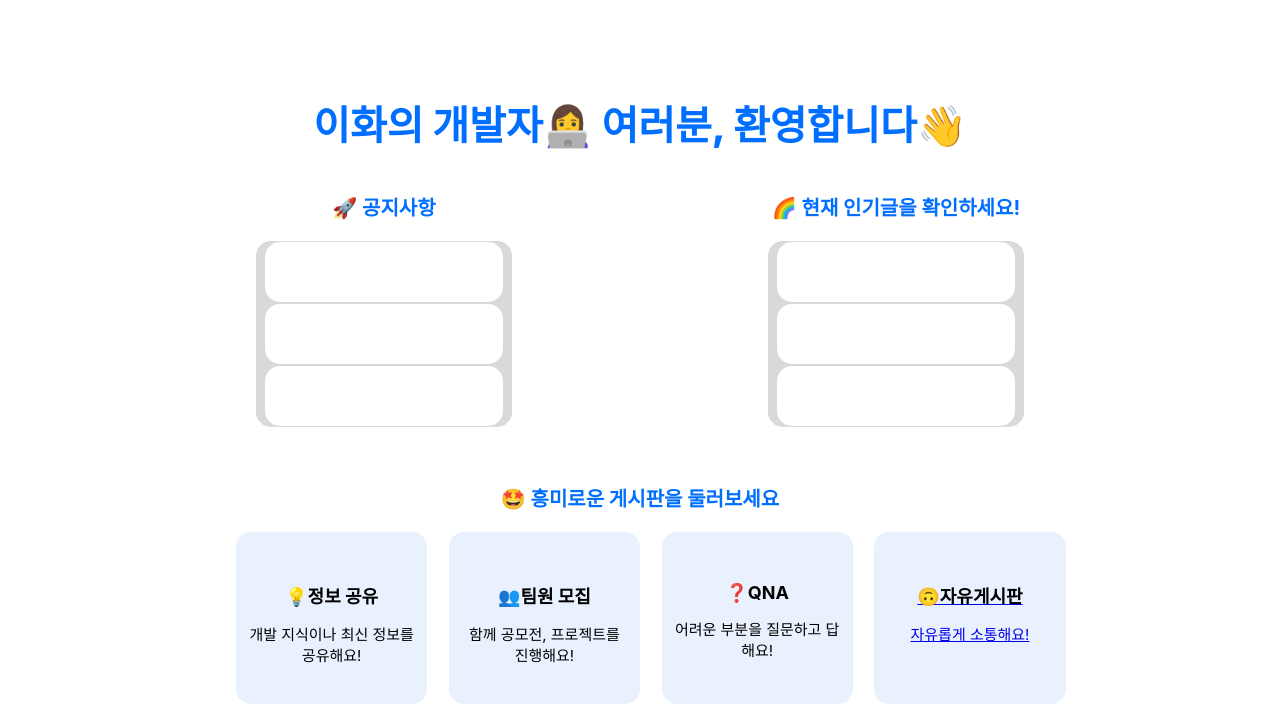
Repository: TeamCosine/Front
Page: /home
The author's editor kept a copy of each file at every save. The page is drawn from the files as they stood at one save, then again after a run of saves.
The browser window is 1280 px wide. The pictures show the whole page.
The project was rebuilt for these pictures with package versions that can differ from the ones it lists, and the page was loaded fresh each time. Also part of the build but not shown: src/components/common/Sidebar.js, src/pages/Profile.js, src/pages/Login.js, src/components/MyInfo/Card.js, src/pages/MyInfo.js, src/pages/Write.js, src/components/QNA/Card.js, src/pages/Qna.js and 1 more.

Above is the page before, as saved 2023-08-03 13:41:41.

### src/App.js
import React from 'react';
import './App.css';

import {BrowserRouter, Routes, Route} from 'react-router-dom';
import Home from './pages/Home';
import Profile from './pages/Profile';
import Login from './pages/Login';
import MyInfo from './pages/MyInfo';
import Write from './pages/Write';
import Qna from './pages/Qna';
import Invite from './pages/Invite';
import Sidebar from './components/common/Sidebar';



function App() {
  return (
    <BrowserRouter>

    <div className="App">
      <Routes>
        <Route path = "/" element={<Login/>}/>
        <Route path = "/profile" element={<Profile/>}/>
        <Route path = "/myinfo" element = {<MyInfo/>} />
        <Route path = "/Write" element = {<Write/>} />
        <Route path = "/Qna" element={<Qna/>}/>
        <Route path = "/home" element = {< Home/>}/>
        <Route path = "/invite" element={<Invite/>}/>
        <Route path = "/sidebar" element={<Sidebar/>} />

      </Routes>
    </div>
    </BrowserRouter>
  );
}

export default App;

### src/pages/Home.js
//메인 페이지
import React from "react";
import styled from "styled-components";
import Card from "../components/home/Card";
import Sidebar from "../components/common/Sidebar";
import {Link} from 'react-router-dom';
const Box = styled.div`
   display: flex;
   flex-direction: column;
   align-items: center;
   justify-content: center;
`;

const Title = styled.div`
    margin-top: 13vh;
    font-size: 40px;
    text-align: center;
    font-weight: 800;
    display: flex;
    color : #006fff;

`;
const Row = styled.div`
   flex-direction: column;
   display: flex;
   margin-left: 10vw;
   margin-right: 10vw;

`;
const Container = styled.div`
   background-color: #D9D9D9;
   border-radius: 15px;
   flex-direction: column;
   justify-content: center;
   align-items: center;
   width :20vw;
   display: flex;
   justify-items: center;
   border-color: #D9D9D9;

`;
const HomeContainer = styled.div`
   display: flex;
   flex-direction: row;
   margin-top: 20px;
   justify-content: center;
   justify-items: center;


`;
const Menu = styled.div`
    margin-top: 5vh;
`;
const MenuContainer=styled.div`
   display: flex;
   flex-direction: row;
   justify-items: center;
   text-align: center;
`;
const MenuItem = styled.div`
   background-color: #E8F1FD;
   padding-top :2rem;
   padding-bottom : 2rem;
   border-radius: 15px;
   width : 23vh;
   height : 15vh;
   margin-left: 3vh;
   padding-left: 1vw;
   padding-right: 1vw;
`;

const StyledLink = styled(Link)`
    text-decoration: none;
    color : black;
`

const Home = () =>{
    return (

        <Box>


          <Title>이화의 개발자👩‍💻 여러분, 환영합니다👋</Title>
          <HomeContainer>
          <Row>
            <p style={{color:"#006FFF", fontWeight:"bold", fontSize:"20px"}}>🚀 공지사항</p>
            <Container>
                <Card/>
                <Card/>
                <Card/>

            </Container>
          </Row>
          <Row>
            <p style={{color:"#006FFF", fontWeight:"bold", fontSize:"20px"}}>🌈 현재 인기글을 확인하세요!</p>
            <Container>
                <Card />
                <Card />
                <Card />

            </Container>
          </Row>
          </HomeContainer>
          <Menu>
            <p style={{color:"#006FFF", fontWeight:"bold", fontSize:"20px"}}>🤩 흥미로운 게시판을 둘러보세요</p>
            <MenuContainer>
              <StyledLink to="/BoardInfo">
               <MenuItem>
                   <p style={{color :"black", fontSize:"18px", marginBottom:"0.5vh", fontWeight:"bold"}}>💡정보 공유</p>
                  <p style={{fontSize:"15px"}}>개발 지식이나 최신 정보를 공유해요!</p>
               </MenuItem>
               </StyledLink>
               <StyledLink to="/BoardTeam">
                <MenuItem >
                  <p style={{color :"black", fontSize:"18px", marginBottom:"0.5vh", fontWeight:"bold"}}>👥팀원 모집</p>
                  <p style={{fontSize:"15px"}}>함께 공모전, 프로젝트를 진행해요!</p>
                </MenuItem>
                </StyledLink>
                <StyledLink to ="/qna">
                <MenuItem>
                  <p style={{color :"black", fontSize:"18px", marginBottom:"0.5vh", fontWeight:"bold"}}>❓QNA</p>
                  <p style={{fontSize:"15px"}}>어려운 부분을 질문하고 답해요!</p>
                </MenuItem>
                </StyledLink>
                <Link to ="/BoardFree">
                <MenuItem><p style={{color :"black", fontSize:"18px", marginBottom:"0.5vh", fontWeight:"bold"}}>🙃자유게시판</p><p style={{fontSize:"15px"}}>자유롭게 소통해요!</p></MenuItem>
                </Link>
            </MenuContainer>

          </Menu>

        </Box>
    )

}

export default Home;

### src/components/home/Card.js
import React from "react";
import styled from "styled-components";

const Container = styled.div`
   border-radius: 15px;
   width : 93%;
   height : 60px;
   background-color: white;
   color : black;
   margin-top: 1px;
   margin-bottom: 1px;
`;

const Card = () =>{

    return (
        <Container>

        </Container>
    )

}

export default Card;

Loaded but not shown: public/index.html (common file); src/index.js (common file); src/index.css (common file); src/reportWebVitals.js (common file); src/App.css (common file)

After the next 4 saves:
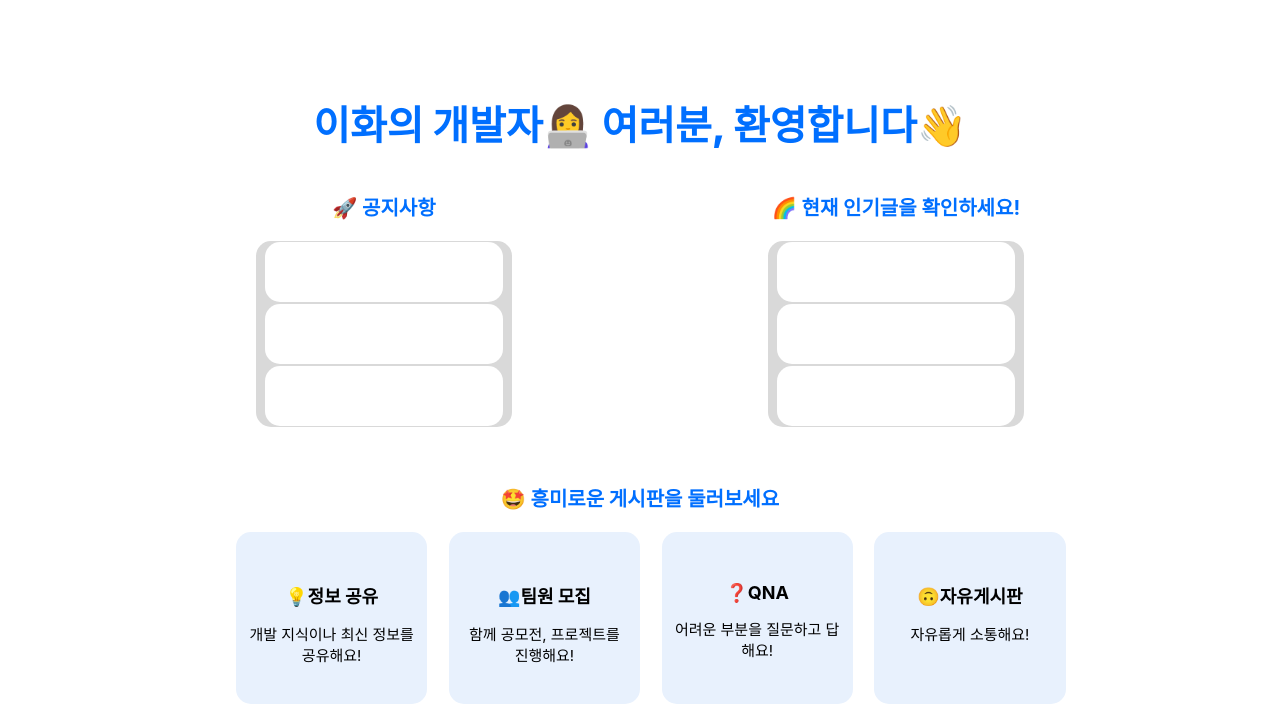
The 4 saves are shown as one change because 1 did not build or start and some came seconds apart.
The last was saved 13 s later.
--- a/src/pages/Home.js
+++ b/src/pages/Home.js
@@ -122,9 +122,9 @@
                   <p style={{fontSize:"15px"}}>어려운 부분을 질문하고 답해요!</p>
                 </MenuItem>
                 </StyledLink>
-                <Link to ="/BoardFree">
+                <StyledLink to ="/BoardFree">
                 <MenuItem><p style={{color :"black", fontSize:"18px", marginBottom:"0.5vh", fontWeight:"bold"}}>🙃자유게시판</p><p style={{fontSize:"15px"}}>자유롭게 소통해요!</p></MenuItem>
-                </Link>
+                </StyledLink>
             </MenuContainer>
 
           </Menu>
